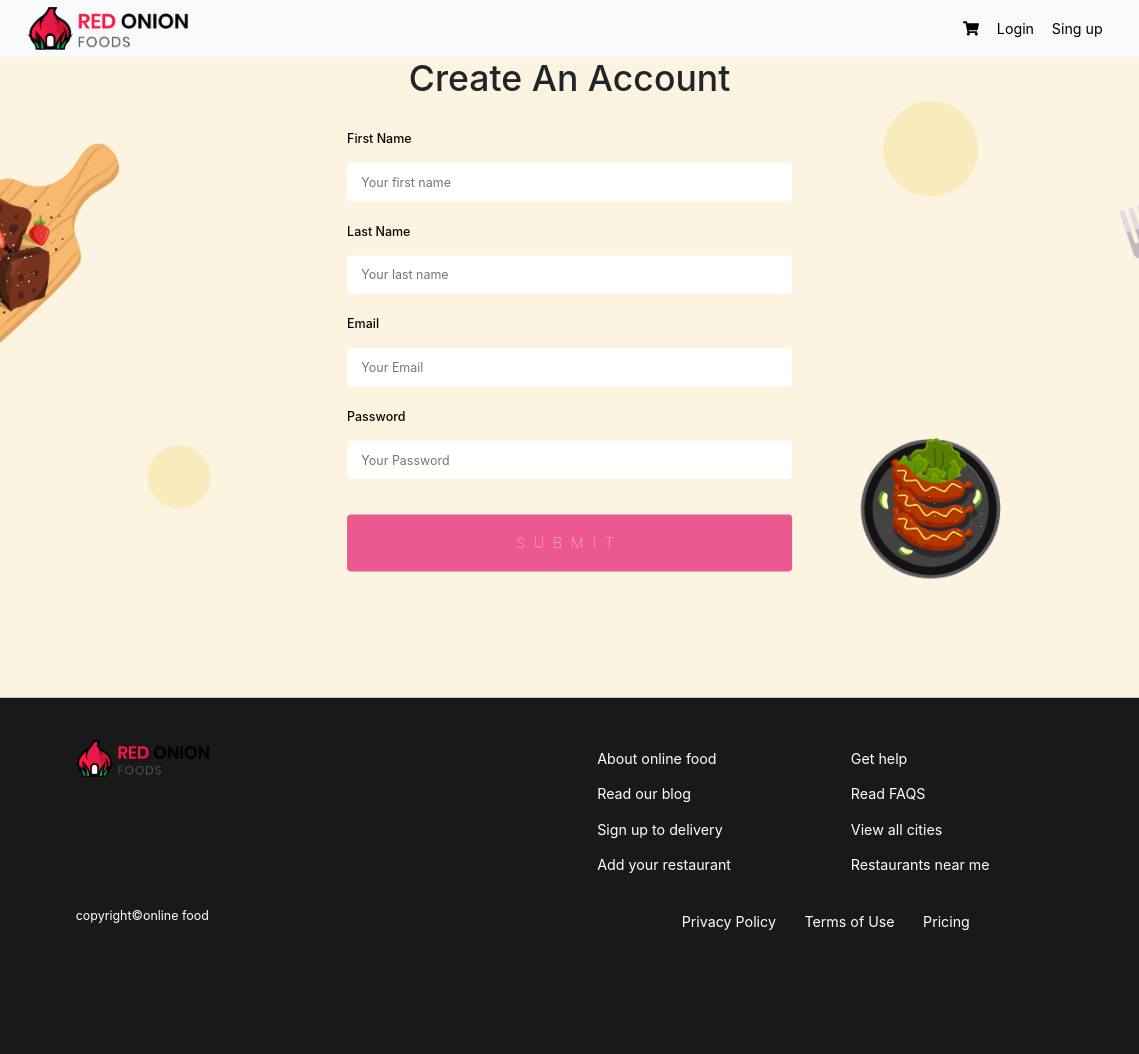
Repository: arif286/red-onion-client
Page: /singUp
The author's editor kept a copy of each file at every save. The page is drawn from the files as they stood at one save, then again after the next save.
The browser window is 1280 px wide. The pictures show the whole page, at 89% of full size.
The project was rebuilt for these pictures with package versions that can differ from the ones it lists, and the page was loaded fresh each time. Some packages were replaced by stand-ins written for this rebuild. Also part of the build but not shown: src/App.css, src/components/Cart/Cart.js, src/components/SearchBar/SearchBar.css, src/components/SearchBar/SearchBar.js, src/components/FoodDetails/FoodDetail.css, src/components/FoodDetails/FoodDetail.js, src/components/DeliveryFood/DeliveryFood.js, src/components/Food/Food.css and 4 more.

Above is the page before, as saved 2021-03-26 01:10:42.

### src/App.js
import "bootstrap/dist/css/bootstrap.min.css";
import React, { createContext, useState } from "react";
import { BrowserRouter as Router, Route, Switch } from "react-router-dom";
import './App.css';
import Cart from "./components/Cart/Cart";
import FoodDetail from "./components/FoodDetails/FoodDetail";
import Footer from "./components/Footer/Footer";
import Header from "./components/Header/Header";
import Home from './components/Home/Home';
import Login from "./components/LogIn/Login";
import PrivateRoute from "./components/PrivateRoute/PrivateRoute";
import SingUp from "./components/SingUp/SingUp";


export const UserContext = createContext();
function App() {
  const [loggedInUser, setLoggedInUser] = useState({});
  return (
    <UserContext.Provider value={[loggedInUser, setLoggedInUser]}>
      <Router>
        <Header />
        <Switch>
          <Route path="/home">
            <Home />
          </Route>
          <Route path="/signUp">
            <SingUp />
          </Route>
          <Route path="/login">
            <Login />
          </Route>
          <Route path="/food/details/:foodId">
            <FoodDetail />
          </Route>
          <PrivateRoute>
            <Cart/>
          </PrivateRoute>
          <Route exact path="/">
            <Home/>
          </Route>
        </Switch>
        <Footer />
      </Router>
    </UserContext.Provider>
  );

}

export default App;

### src/components/Footer/Footer.js
import React from 'react';
import { NavLink } from 'react-bootstrap';
import Logo from '../../onion-restaurent/logo2.png';
import './Footer.css';

const Footer = () => {
    return (
      <footer>
        <div className="container">
          <div className="row pt-5">
            <div className="col-md-6 col-sm-12 pb-4">
              <img className="footer-img" src={Logo} alt="" />
            </div>
            <div className="col-md-3 col-sm-12 pb-4">
              <ul className="nav flex-column">
                <li className="nav-item">
                  <NavLink
                    className="nav-link active footer-link"
                    aria-current="page"
                    to="/"
                  >
                    About online food
                  </NavLink>
                </li>
                <li className="nav-item">
                  <NavLink className="nav-link footer-link" to="/">
                    Read our blog
                  </NavLink>
                </li>
                <li className="nav-item">
                  <NavLink className="nav-link footer-link" to="/">
                    Sign up to delivery
                  </NavLink>
                </li>
                <li className="nav-item">
                  <NavLink className="nav-link footer-link" to="/">
                    Add your restaurant
                  </NavLink>
                </li>
              </ul>
            </div>
            <div className="col-md-3 col-sm-12 pb-4">
              <ul className="nav flex-column">
                <li className="nav-item">
                  <NavLink
                    className="nav-link footer-link"
                    aria-current="page"
                    to="/"
                  >
                    Get help
                  </NavLink>
                </li>
                <li className="nav-item">
                  <NavLink className="nav-link footer-link" to="/">
                    Read FAQS
                  </NavLink>
                </li>
                <li className="nav-item">
                  <NavLink className="nav-link footer-link" to="/">
                    View all cities
                  </NavLink>
                </li>
                <li className="nav-item">
                  <NavLink className="nav-link footer-link" to="/">
                    Restaurants near me
                  </NavLink>
                </li>
              </ul>
            </div>
          </div>

          <div className="row">
            <div className="col-md-7">
              <p className='copy-right'>
                <small>
                  copyright<span>&#169;</span>online food
                </small>
              </p>
            </div>
            <div className="col-md-5">
              <div className='d-flex'>
                <NavLink className="footer-link">Privacy Policy</NavLink>
                <NavLink className="footer-link">Terms of Use</NavLink>
                <NavLink className="footer-link">Pricing</NavLink>
              </div>
            </div>
          </div>
        </div>
      </footer>
    );
};

export default Footer;

### src/components/Header/Header.js
import { faShoppingCart } from "@fortawesome/free-solid-svg-icons";
import { FontAwesomeIcon } from "@fortawesome/react-fontawesome";
import React from 'react';
import { NavLink } from "react-router-dom";
import logo from '../../onion-restaurent/logo2.png';
import './Header.css';
const cart = <FontAwesomeIcon icon={faShoppingCart} />;
const Header = () => {
    const header = {
        logo : {width: '180px'}
    }
    return (
      <div>
        <nav className="navbar navbar-expand-lg navbar-light bg-light">
          <div className="container-fluid">
            <div>
              <img style={header.logo} src={logo} alt="" />
            </div>
            <button
              className="navbar-toggler"
              type="button"
              data-bs-toggle="collapse"
              data-bs-target="#navbarNav"
              aria-controls="navbarNav"
              aria-expanded="false"
              aria-label="Toggle navigation"
            >
              <span className="navbar-toggler-icon"></span>
            </button>
            <div
              className="collapse  navbar-collapse justify-content-end"
              id="navbarNav"
            >
              <ul className="navbar-nav">
                <li className="nav-item">
                  <NavLink className="header-link" to="/">
                    {cart}
                  </NavLink>
                </li>
                <li className="nav-item">
                  <NavLink className="header-link" to="/login">
                    Login
                  </NavLink>
                </li>
                <li className="nav-item">
                  <NavLink className="header-link" to="/signUp">
                    Sing up
                  </NavLink>
                </li>
              </ul>
            </div>
          </div>
        </nav>
      </div>
    );
};

export default Header;

### src/components/PrivateRoute/PrivateRoute.js
import React, { useContext } from "react";
import { Redirect, Route } from "react-router";
import { UserContext } from "../../App";

const PrivateRoute = ({ children, ...rest }) => {
    const [loggedInUser, setLoggedInUser] = useContext(UserContext)
  return (
    <Route
      {...rest}
      render={({ location }) =>
        loggedInUser.email ? (
          children
        ) : (
          <Redirect
            to={{
              pathname: "/signUp",
              state: { from: location },
            }}
          />
        )
      }
    />
  );
};

export default PrivateRoute;

### src/components/SingUp/SingUp.js
import React, { useContext } from 'react';
import { useForm } from "react-hook-form";
import { UserContext } from '../../App';
import image from '../../onion-restaurent/bannerbackground.png';
import { createAccountWithEmailPassword, initializeLoginFramework } from '../LogIn/LoginManager';
import './SingUp.css';
const bgImage = {
  backgroundImage: `url(${image})`,
  backgroundRepeat: "no-repeat, repeat",
  height: "100vh",
  backgroundSize: "cover",
    backgroundPosition: "bottom",
};

const SingUp = () => {
    const [loggedInUser, setLoggedInUser] = useContext(UserContext);
    const { register, handleSubmit, errors } = useForm();
    initializeLoginFramework();
    const onSubmit = (data) => {
        const { firstName, lastName, email, password } = data;
        const name = `${firstName} ${lastName}`
        createAccountWithEmailPassword(email, password, name)
        .then(res => {
            setLoggedInUser(res);
        }).catch(errors => {
            setLoggedInUser(errors);
        })
    };

    return (
      <div style={bgImage}>
        <h1 className="form-header"> Create An Account</h1>
        <form className="form-submit" onSubmit={handleSubmit(onSubmit)}>
          <label htmlFor="firstName">First Name</label>
          <input
            defaultValue=""
            name="firstName"
            placeholder="Your first name"
            ref={register({
              validate: (value) => value.length > 3,
              required: true,
            })}
          />
          {errors.firstName && <p>Your first name is less than 3 characters</p>}

          <label htmlFor="lastName">Last Name</label>
          <input
            defaultValue=""
            name="lastName"
            placeholder="Your last name"
            ref={register({
              validate: (value) => value.length > 2,
              required: true,
            })}
          />
          {errors.lastName && <p>Your last name is less than 2 characters</p>}

          <label htmlFor="email">Email</label>
          <input
            defaultValue=""
            name="email"
            placeholder="Your Email"
            type="email"
            ref={register({
              required: true,
              pattern: /^(([^<>()[\]\\.,;:\s@"]+(\.[^<>()[\]\\.,;:\s@"]+)*)|(".+"))@((\[[0-9]{1,3}\.[0-9]{1,3}\.[0-9]{1,3}\.[0-9]{1,3}\])|(([a-zA-Z\-0-9]+\.)+[a-zA-Z]{2,}))$/,
            })}
          />
          {errors.email && <p>Your email is invalid</p>}

          <label htmlFor="password">Password</label>
          <input
            defaultValue=""
            name="password"
            placeholder="Your Password"
            type="password"
            ref={register({
              required: true,
              pattern: /^(?=.*\d)(?=.*[a-z])(?=.*[A-Z]).{6,20}$/,
            })}
          />
          {errors.password && (
            <p>
              password between 6 to 20 characters which contain one numeric
              digit, one uppercase and one lowercase letter.
            </p>
          )}

          <input type="submit" />
          {loggedInUser.error && (
            <p>The email address is already in use by another account</p>
          )}
        </form>
      </div>
    );
};

export default SingUp;

### src/components/Footer/Footer.css
.footer-img {
  width: 150px;
}
footer {
  background-color: #191919;
  height: 400px;
}
.footer-link {
  color: white;
}
.footer-link:hover {
  color: #878787;
}
.copy-right {
  color: white;
}

### src/components/Header/Header.css
.header-link {
  color: black;
  display: inline-block;
  padding: 10px;
}
.header-link:hover {
  text-decoration: none;
  color: #777777;
}

### src/components/LogIn/LoginManager.js
import firebase from "firebase/app";
import "firebase/auth";
import firebaseConfig from "./firebase.config";


export const initializeLoginFramework = () => {
  if (firebase.apps.length === 0) {
    firebase.initializeApp(firebaseConfig);
  }
};

const provider = new firebase.auth.GoogleAuthProvider();

export const handleGoogleSingIn = () => {
    return firebase
      .auth()
      .signInWithPopup(provider)
      .then((result) => {

          const { displayName, email, phoneNumber, photoURL } = result.user;
          const signInUser = {
              isSignIn: true,
              name: displayName,
              email: email,
              phone: phoneNumber,
              photo: photoURL,
          };
          return signInUser;
      })
      .catch((error) => {
        // Handle Errors here.
        const signInUser = {
          isSignIn: false,
          name: '',
          email: '',
          password: '',
          phone: '',
          photo: '',
        }
        signInUser.error = error.message;
        return signInUser;
      });
}
export const logInWithEmailPassword = (email, password) => {
    return firebase
      .auth()
      .signInWithEmailAndPassword(email, password)
      .then(res => {
        const { displayName, email, password, phone, photoURL } = res.user;
        const loggedInUserInfo = {
          isSignedIn: true,
          name: displayName,
          email: email,
          password: password,
          photo: photoURL,
          phone: phone,
        };
        loggedInUserInfo.error = '';
        loggedInUserInfo.success = true;
      console.log(res.user);
        return loggedInUserInfo;
          })
      .catch((error) => {
          const loggedInUserInfo = {};
          loggedInUserInfo.error = error.message;
        loggedInUserInfo.success = false;
        console.log(error.message)
        return loggedInUserInfo;
      });
}

export const createAccountWithEmailPassword = (email, password, name) => {
  return firebase
    .auth()
    .createUserWithEmailAndPassword(email, password)
    .then((res) => {
      const { email, password, displayName } = res;
      const newUserInfo = {
        email: email,
        password: password,
        name: displayName,
      };
      newUserInfo.error = '';
      newUserInfo.success = true;
      updateUserName(name);
      return newUserInfo;
    })
    .catch((error) => {
      console.log(error);
      const newUserInfo = {};
      newUserInfo.error = error.message;
      newUserInfo.success = false;
      return newUserInfo;
    });
};

const updateUserName = (name) => {
  const user = firebase.auth().currentUser;

  user
    .updateProfile({
      displayName: name,
    })
    .then(function () {
      // Update successful.
      console.log("user name update");
    })
    .catch(function (error) {
      // An error happened.
      console.log(error);
    });
};

const fbProvider = new firebase.auth.FacebookAuthProvider();

export const handleFacebookSignIn = () => {
   return firebase
    .auth()
    .signInWithPopup(fbProvider)
    .then((result) => {
      const { displayName, email, phoneNumber, photoURL } = result.user;
      const signInUser = {
        isSignIn: true,
        name: displayName,
        email: email,
        phone: phoneNumber,
        photo: photoURL,
      };
      return signInUser;
    })
     .catch((error) => {
      console.log(error);
      const signInUser = {
        isSignIn: false,
        name: "",
        email: "",
        password: "",
        phone: "",
        photo: "",
      };
      signInUser.error = error.message;
      return signInUser;

      // ...
    });
}

### src/components/SingUp/SingUp.css
.form-submit {
  max-width: 500px;
  margin: 0 auto;
}

.form-header {
  /* font-weight: 100; */
  text-align: center;
  padding-bottom: 10px;
}

.form {
  background: #0e101c;
  max-width: 400px;
  margin: 0 auto;
}

.form-submit p {
  color: #bf1650;
}

.form-submit p::before {
  display: inline;
  content: "⚠ ";
}

.form-submit input {
  display: block;
  box-sizing: border-box;
  width: 100%;
  border-radius: 4px;
  border: 1px solid white;
  padding: 10px 15px;
  margin-bottom: 10px;
  font-size: 14px;
}

.form-submit label {
  line-height: 2;
  text-align: left;
  display: block;
  margin-bottom: 13px;
  margin-top: 20px;
  color: #080707;
  font-size: 14px;
  font-weight: 500;
}

button[type="submit"],
.form-submit input[type="submit"] {
  background: #ec5990;
  color: white;
  text-transform: uppercase;
  border: none;
  margin-top: 40px;
  padding: 20px;
  font-size: 16px;
  font-weight: 100;
  letter-spacing: 10px;
}

button[type="submit"]:hover,
.form-submit input[type="submit"]:hover {
  background: #bf1650;
}

/* button[type="submit"]:active,
.form-submit input[type="button"]:active,
.form-submit input[type="submit"]:active {
  transition: 0.3s all;
  transform: translateY(3px);
  border: 1px solid transparent;
  opacity: 0.8;
}

.form-submit input:disabled {
  opacity: 0.4;
}

.form-submit input[type="button"]:hover {
  transition: 0.3s all;
}

button[type="submit"],
.form-submit input[type="button"],
.form-submit input[type="submit"] {
  -webkit-appearance: none;
}

.App {
  max-width: 600px;
  margin: 0 auto;
}

button[type="button"] {
  display: block;
  appearance: none;
  background: #333;
  color: white;
  border: none;
  text-transform: uppercase;
  padding: 10px 20px;
  border-radius: 4px;
}

pre {
  color: white;
}

hr {
  margin-top: 30px;
}

button {
  display: block;
  appearance: none;
  margin-top: 40px;
  border: 1px solid #333;
  margin-bottom: 20px;
  text-transform: uppercase;
  padding: 10px 20px;
  border-radius: 4px;
} */

### src/components/LogIn/firebase.config.js
const firebaseConfig = {
  apiKey: "AIzaSyBWzfoc-TsST_RbsttCqWiNlDbUF6bRq4I",
  authDomain: "red-onion-food-shop.firebaseapp.com",
  projectId: "red-onion-food-shop",
  storageBucket: "red-onion-food-shop.appspot.com",
  messagingSenderId: "577645791834",
  appId: "1:577645791834:web:0a8111144bda71c388e663",
};
export default firebaseConfig;

### src/components/LogIn/WithoutLogin.js
import React, { useContext } from 'react';
import { useHistory, useLocation } from "react-router-dom";
import { UserContext } from '../../App';
import facebook from "../../onion-restaurent/ICON/Facebook.png";
import google from "../../onion-restaurent/ICON/Google.png";
import "./Login.css";
import {
    handleFacebookSignIn,
    handleGoogleSingIn,
    initializeLoginFramework
} from "./LoginManager";


const WithoutLogin = () => {
    const [loggedInUser, setLoggedInUser] = useContext(UserContext);
    const history = useHistory();
    const location = useLocation();
    const { from } = location.state || { from: { pathname: "/" } };

    initializeLoginFramework();

      const handleGoogleLogin = () => {
        handleGoogleSingIn().then((res) => {
          console.log(res);
          setLoggedInUser(res);
          history.replace(from);
        });
        console.log("click me");
    };

      const handleFacebookLogin = () => {
        handleFacebookSignIn()
          .then((res) => {
            setLoggedInUser(res);
          })
          .catch((error) => {
            setLoggedInUser(error);
          });
      };
    return (
      <div className="mt-5">
        <p className="text-center">Or sing up using</p>
        <div className="d-flex justify-content-center">
          <p className="icon">
            <img onClick={handleFacebookLogin} src={facebook} alt="" />
          </p>
          <p className="icon">
            <img onClick={handleGoogleLogin} src={google} alt="" />
          </p>
        </div>
      </div>
    );
};

export default WithoutLogin;

### src/components/LogIn/Login.css
.icon img {
  width: 50px;
}

Loaded but not shown: public/index.html (common file); src/index.js (common file); src/index.css (common file); src/reportWebVitals.js (common file)

After the next save:
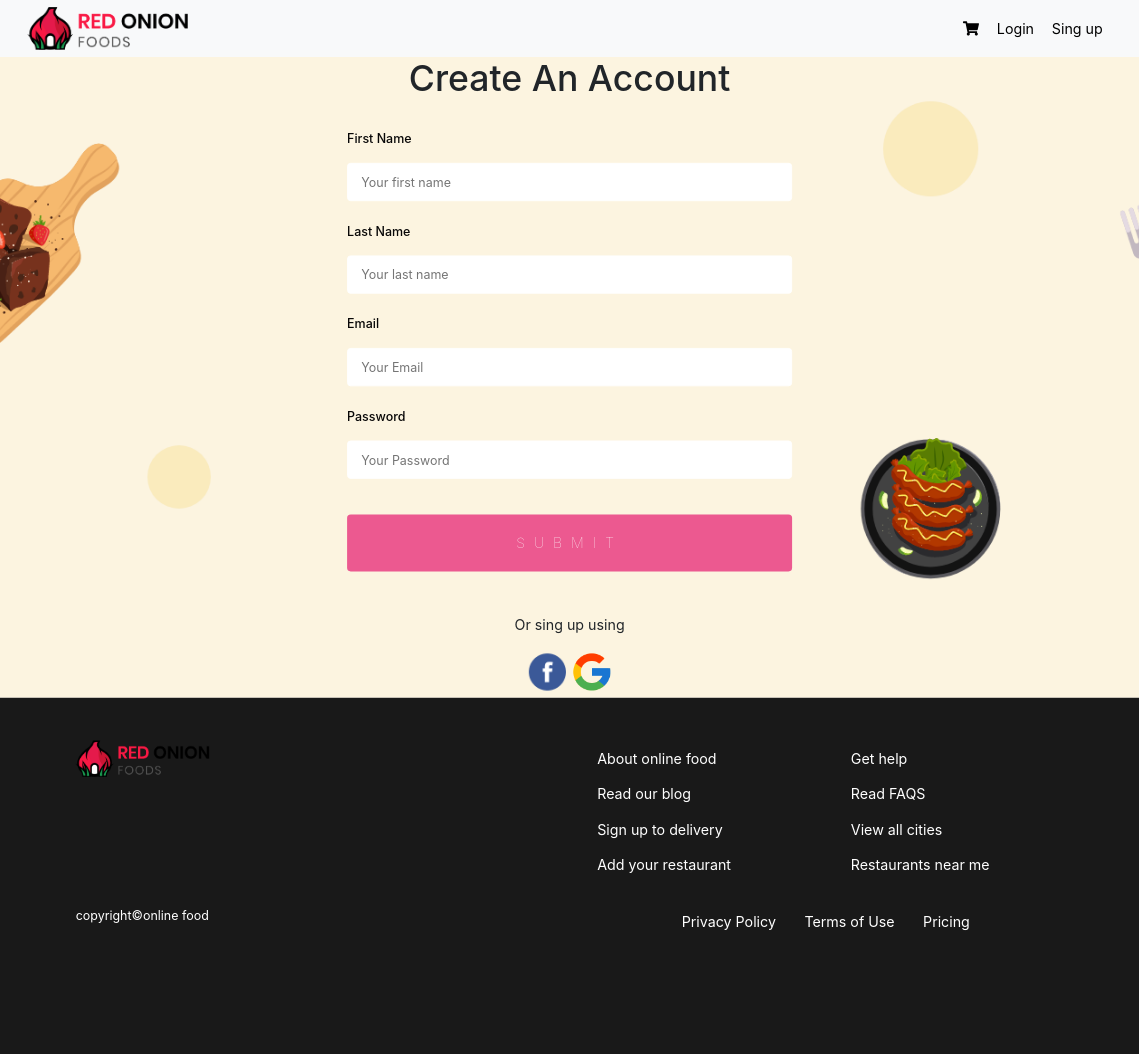
Saved 70 s later.
--- a/src/components/SingUp/SingUp.js
+++ b/src/components/SingUp/SingUp.js
@@ -3,6 +3,7 @@ import { useForm } from "react-hook-form";
 import { UserContext } from '../../App';
 import image from '../../onion-restaurent/bannerbackground.png';
 import { createAccountWithEmailPassword, initializeLoginFramework } from '../LogIn/LoginManager';
+import WithoutLogin from '../LogIn/WithoutLogin';
 import './SingUp.css';
 const bgImage = {
   backgroundImage: `url(${image})`,
@@ -91,6 +92,9 @@ const SingUp = () => {
             <p>The email address is already in use by another account</p>
           )}
         </form>
+        <div>
+          <WithoutLogin/>
+        </div>
       </div>
     );
 };
